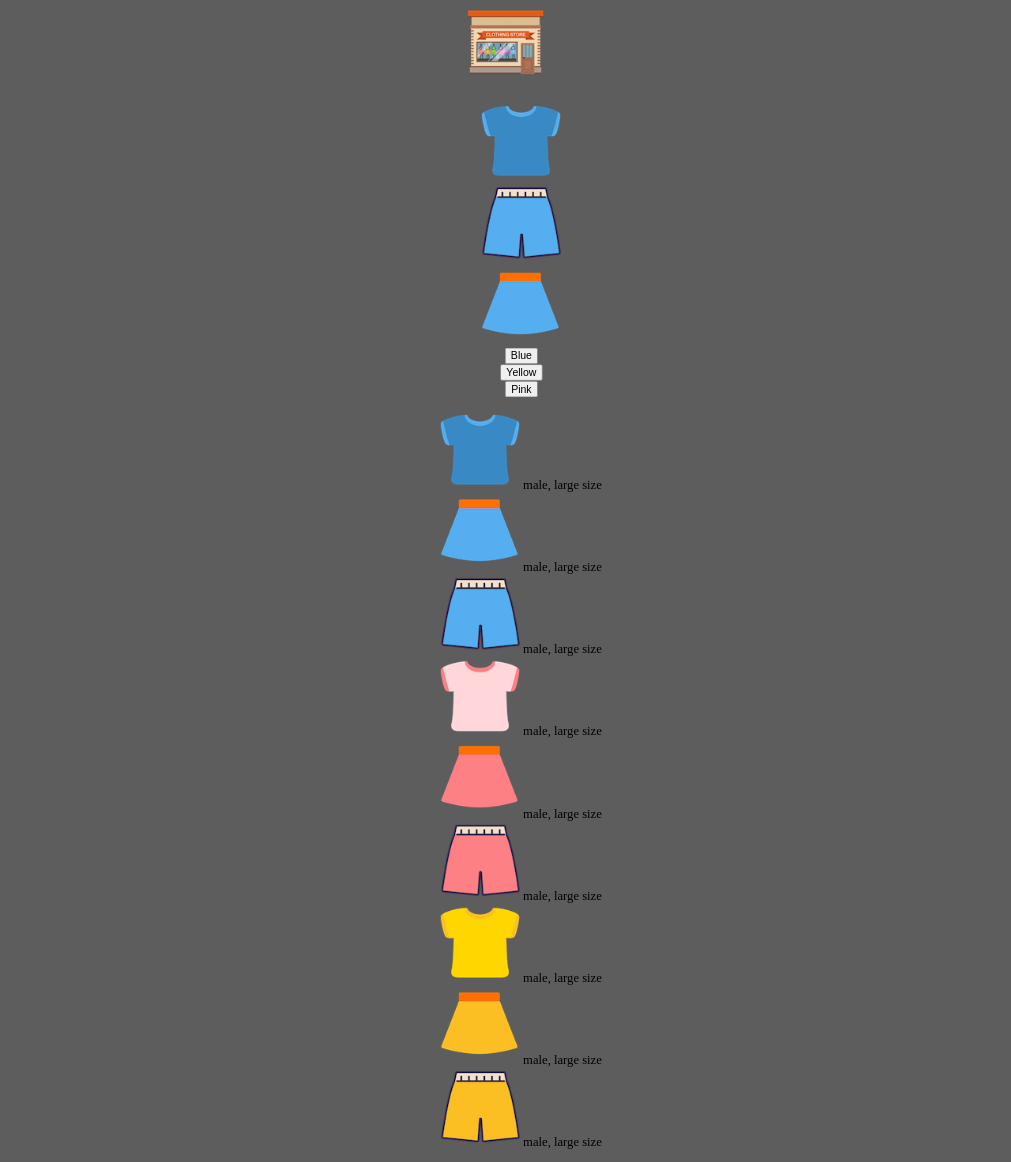
Repository: keehoonjung/Shoppingmall-Game
Page: index.html
An editor plug-in stored every save of this project. The page is shown before and after the next save, followed by the edit.
The browser window is 1280 px wide. The pictures show the whole page, at 79% of full size.

Above is the page before, as saved 2021-08-12 13:24:04.

After the next save:
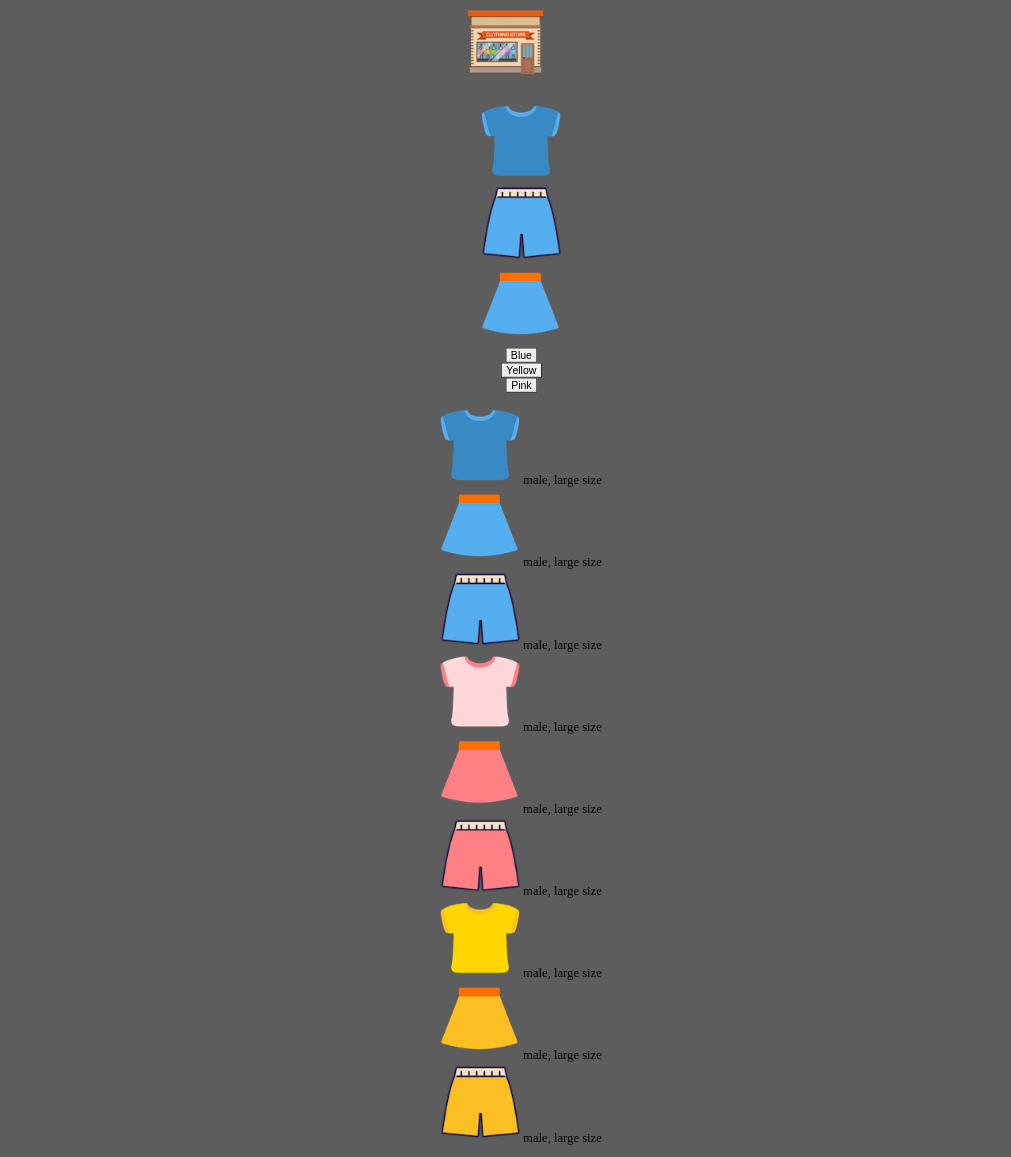
Saved 32 s later.
--- a/style.css
+++ b/style.css
@@ -10,3 +10,7 @@ body {
 ul {
   list-style: none;
 }
+
+button {
+  border: 1px solid black;
+}
